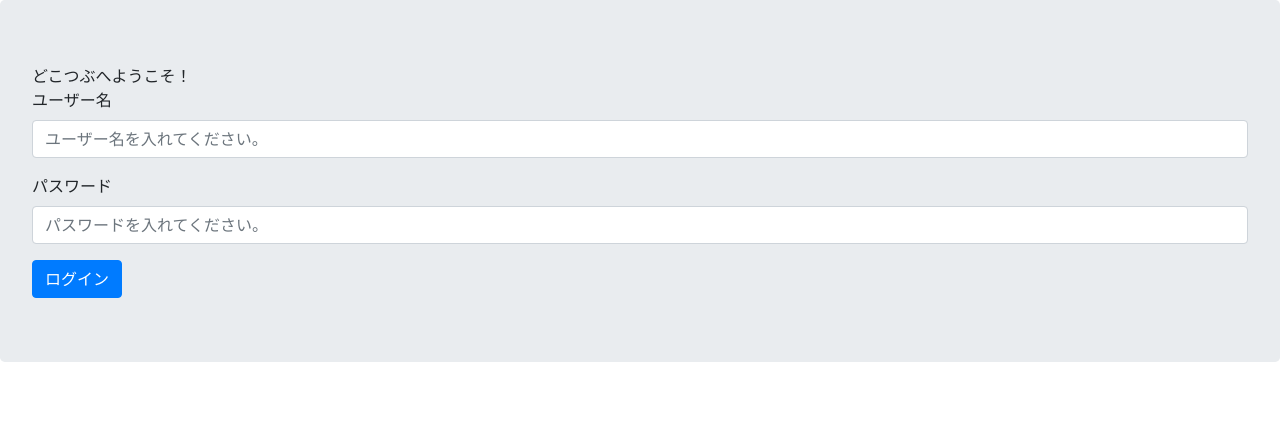
Repository: lunalice/01_START
Page: http://localhost/hello_world_now/
The author's editor kept a copy of each file at every save. The page is drawn from the files as they stood at one save, then again after the next save.
The browser window is 1280 px wide. The pictures show the whole page.
The page is served by Tomcat 9.

Above is the page before, as saved 2018-02-07 05:50:21.
Console error: TypeError: Cannot read properties of undefined (reading 'fn')

After the next save:
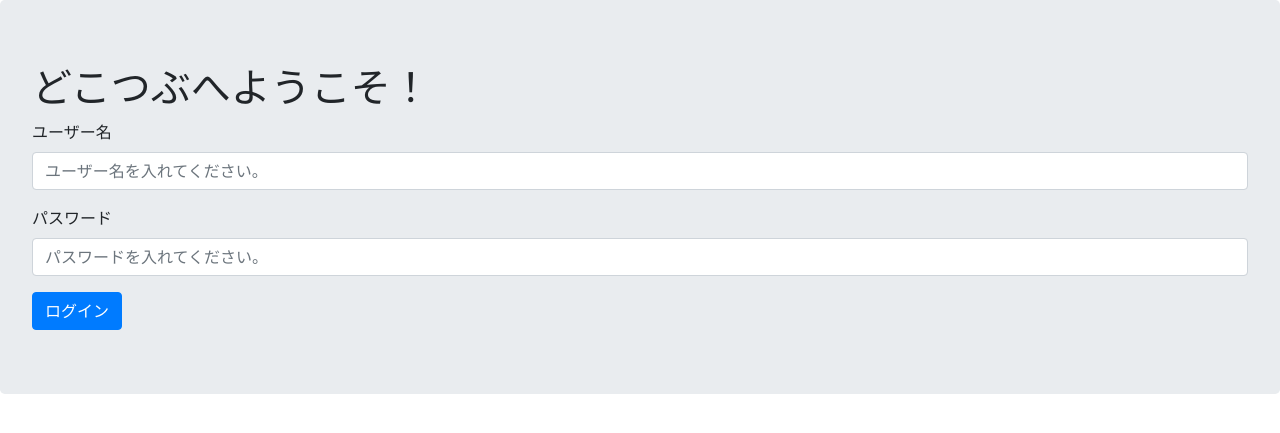
Saved 21 s later.
--- a/eclipse-workspace/hello_world_now/WebContent/index.jsp
+++ b/eclipse-workspace/hello_world_now/WebContent/index.jsp
@@ -16,18 +16,20 @@
 </head>
 <body>
 	<div class="jumbotron">
-	<div class="panel-heading">どこつぶへようこそ！</div>
-	<form action="/hello_world_now/Login" method="post">
-		<div class="form-group">
-			<label for="InputEmail">ユーザー名</label>
-			<input type="text" class="form-control" name="name" placeholder="ユーザー名を入れてください。">
+		<div class="panel-heading">
+			<h1>どこつぶへようこそ！</h1>
 		</div>
-		<div class="form-group">
-			<label for="InputEmail">パスワード</label>
-			<input type="text" class="form-control" name="pass" placeholder="パスワードを入れてください。">
-		</div>
-		<input class="btn btn-primary" type="submit" value="ログイン">
-	</form>
+		<form action="/hello_world_now/Login" method="post">
+			<div class="form-group">
+				<label for="InputEmail">ユーザー名</label> <input type="text"
+					class="form-control" name="name" placeholder="ユーザー名を入れてください。">
+			</div>
+			<div class="form-group">
+				<label for="InputEmail">パスワード</label> <input type="text"
+					class="form-control" name="pass" placeholder="パスワードを入れてください。">
+			</div>
+			<input class="btn btn-primary" type="submit" value="ログイン">
+		</form>
 	</div>
 </body>
 </html>
